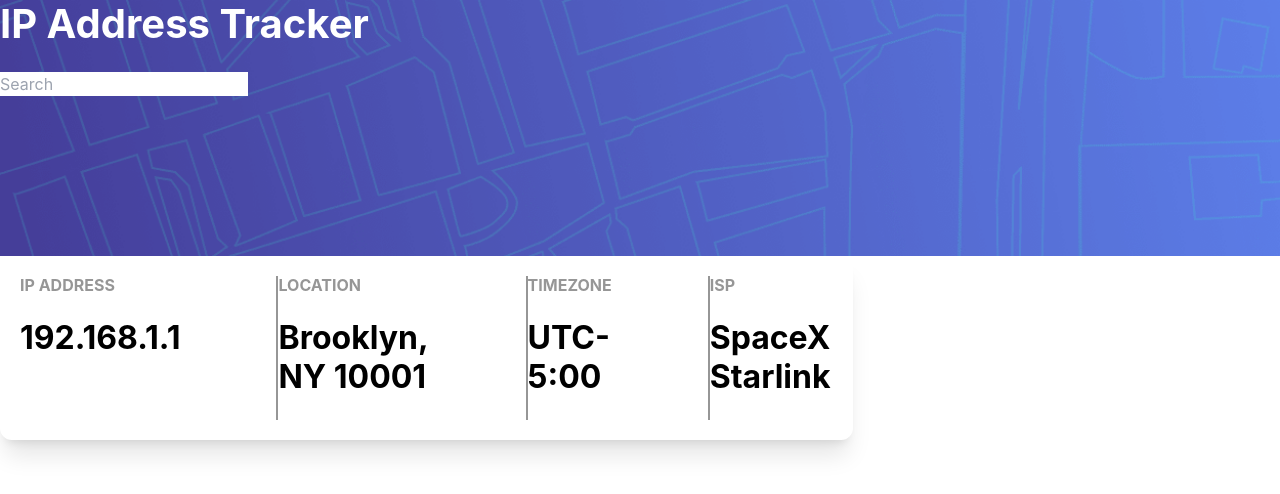
Repository: Dealsy/IP-Tracker
Page: /
These files come from the project's save history. The page is drawn as it stood at one moment and after the next save; the edit follows.
The browser window is 1280 px wide. The pictures show the whole page.
The project was rebuilt for these pictures with package versions that can differ from the ones it lists, and the page was loaded fresh each time. The framework's server and built-in components were replaced by stand-ins that run in the browser. Also part of the build but not shown: next.config.js.

Above is the page before, as saved 2022-04-21 21:50:21.

### pages/index.js
import Head from "next/head";

export default function Home() {
  return (
    <div>
      <Head>
        <title>Create Next App</title>
        <meta name="description" content="Generated by create next app" />
        <link rel="icon" href="/favicon.ico" />
      </Head>

      <main>
        <div className="bg-Backdrop h-64 bg-no-repeat	 bg-cover">
          <h1 className="text-white">IP Address Tracker</h1>
          <input type="search" placeholder="Search" />
        </div>

        <div className="flex flex-row justify-evenly border-0 shadow-xl w-4/6  rounded-xl p-5 absolute top-23 ">
          <div className=" border-r-2 border-Gray pr-24">
            <h3>IP ADDRESS</h3>
            <h2> 192.168.1.1 </h2>
          </div>
          <div className=" border-r-2 border-Gray pr-24">
            <h3> LOCATION </h3>
            <h2> Brooklyn, NY 10001 </h2>
          </div>
          <div className=" border-r-2 border-Gray pr-24">
            <h3>TIMEZONE</h3>
            <h2> UTC-5:00 </h2>
          </div>
          <div>
            <h3>ISP</h3>
            <h2>SpaceX Starlink</h2>
          </div>
        </div>
      </main>

      <footer></footer>
    </div>
  );
}

### styles/globals.css
@tailwind base;
@tailwind components;
@tailwind utilities;


h1 {
  font-size: 2.5rem;
  font-weight: 700;
  line-height: 1.2;
  margin-bottom: 1.5rem;
}

h2 {
  font-size: 2rem;
  font-weight: 700;
  line-height: 1.2;
  margin-bottom: 1.5rem;
}

h3 {
  font-size: 1rem;
  font-weight: 700;
  line-height: 1.2;
  margin-bottom: 1.5rem;
  color: #969696;
}


html,
body {
  padding: 0;
  margin: 0;
  font-family: -apple-system, BlinkMacSystemFont, Segoe UI, Roboto, Oxygen,
    Ubuntu, Cantarell, Fira Sans, Droid Sans, Helvetica Neue, sans-serif;
}

a {
  color: inherit;
  text-decoration: none;
}

* {
  box-sizing: border-box;
}

### tailwind.config.js
module.exports = {
  content: [
    "./pages/**/*.{js,ts,jsx,tsx}",
    "./components/**/*.{js,ts,jsx,tsx}",
  ],
  theme: {
    extend: {
      colors: {
        "Dark-Gray": "#2b2b2b",
        Gray: "#969696",
      },
      backgroundImage: {
        Backdrop: "url('../images/pattern-bg.png')",
      },
    },
  },
  plugins: [],
};

Loaded but not shown: pages/_app.js (common file)

After the next save:
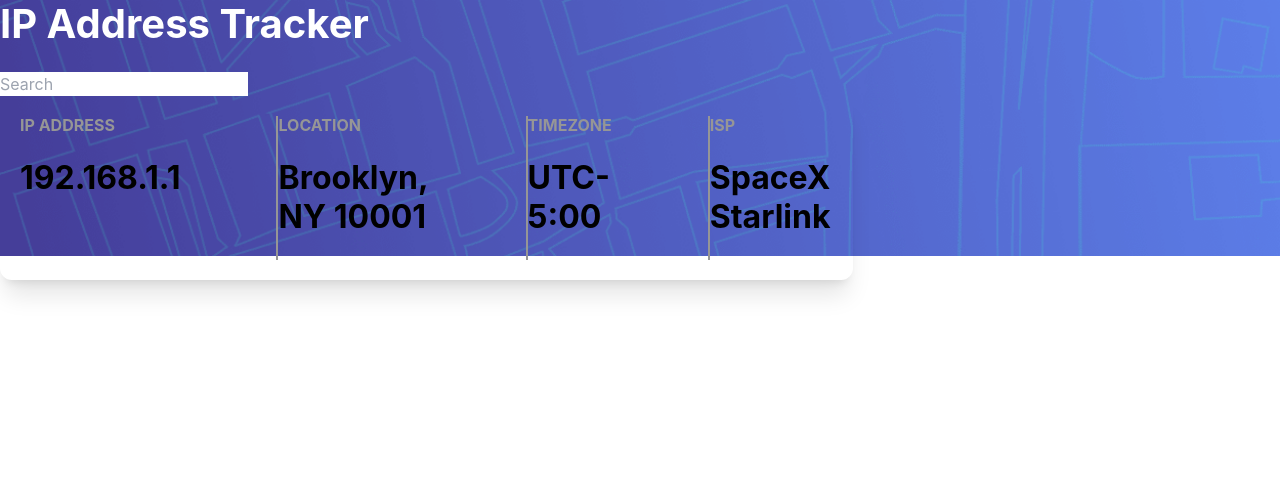
Saved 4 s later.
--- a/pages/index.js
+++ b/pages/index.js
@@ -15,7 +15,7 @@
           <input type="search" placeholder="Search" />
         </div>
 
-        <div className="flex flex-row justify-evenly border-0 shadow-xl w-4/6  rounded-xl p-5 absolute top-23 ">
+        <div className="flex flex-row justify-evenly border-0 shadow-xl w-4/6  rounded-xl p-5 absolute top-24 ">
           <div className=" border-r-2 border-Gray pr-24">
             <h3>IP ADDRESS</h3>
             <h2> 192.168.1.1 </h2>

After the save that followed:
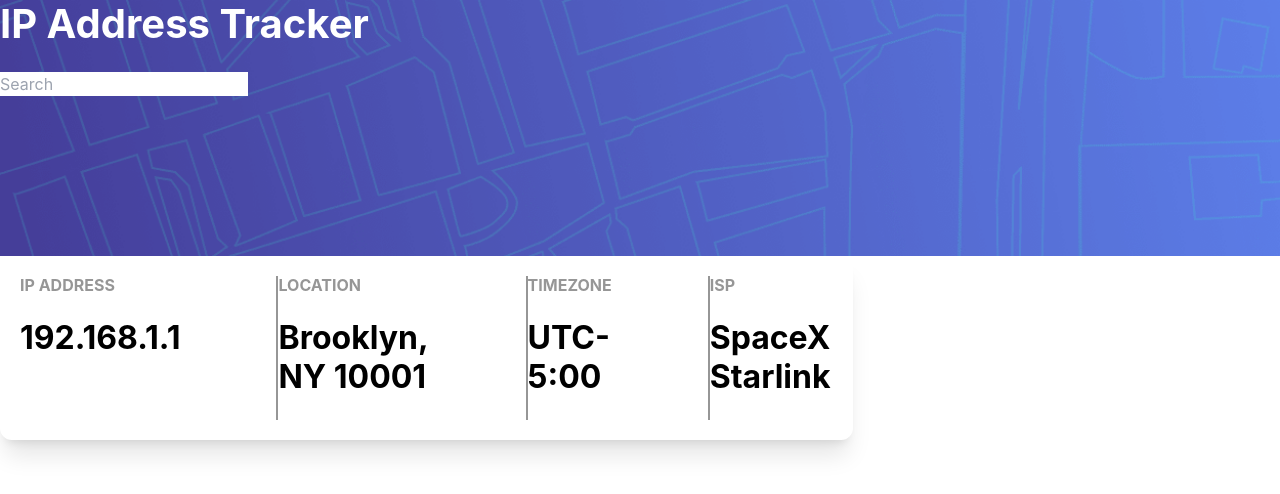
Saved 8 s later.
--- a/pages/index.js
+++ b/pages/index.js
@@ -15,7 +15,7 @@
           <input type="search" placeholder="Search" />
         </div>
 
-        <div className="flex flex-row justify-evenly border-0 shadow-xl w-4/6  rounded-xl p-5 absolute top-24 ">
+        <div className="flex flex-row justify-evenly border-0 shadow-xl w-4/6  rounded-xl p-5 absolute top-25  ">
           <div className=" border-r-2 border-Gray pr-24">
             <h3>IP ADDRESS</h3>
             <h2> 192.168.1.1 </h2>
